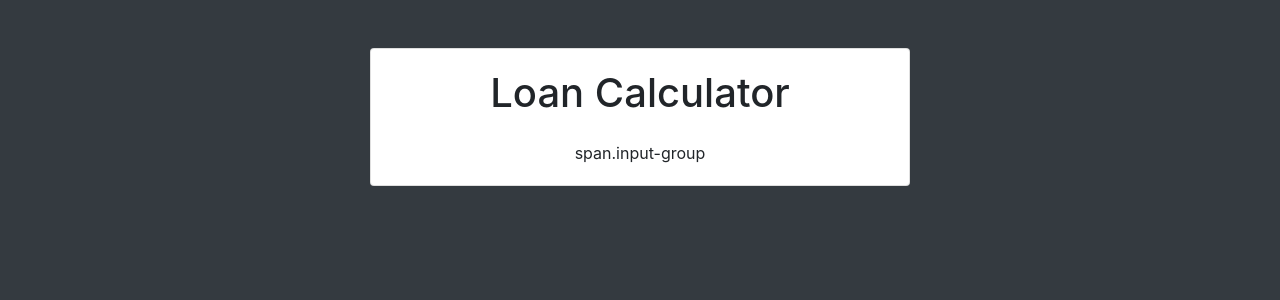
Repository: varun-project/LearningJs
Page: index.html
These files come from the project's save history. The page is drawn as it stood at one moment and after a run of saves; the edit follows.
The browser window is 1280 px wide. The pictures show the whole page.

Above is the page before, as saved 2019-07-28 16:32:32.

### index.html
<!doctype html>
<html lang="en">
  <head>
    <!-- Required meta tags -->
    <meta charset="utf-8">
    <meta name="viewport" content="width=device-width, initial-scale=1, shrink-to-fit=no">

    <!-- Bootstrap CSS -->
    <link rel="stylesheet" href="https://stackpath.bootstrapcdn.com/bootstrap/4.3.1/css/bootstrap.min.css" integrity="sha384-ggOyR0iXCbMQv3Xipma34MD+dH/1fQ784/j6cY/iJTQUOhcWr7x9JvoRxT2MZw1T" crossorigin="anonymous">

    <title>Hello, world!</title>
  </head>
  <body class="bg-dark">
    <div class="container">
        <div class="row">
          <div class="col-md-6 mx-auto">

             <div class="card card-body text-center mt-5">

              <h1 class="heading display-5 pb-3">Loan Calculator</h1>
               <form id="loan-form">
<div class="form_group">
  <div class="inputgroup">

    span.input-group
  </div>
</div>


               </form>

            </div>

           </div>


        </div>

    </div>


    <!-- Optional JavaScript -->
    <!-- jQuery first, then Popper.js, then Bootstrap JS -->
    <script src="https://code.jquery.com/jquery-3.3.1.slim.min.js" integrity="sha384-q8i/X+965DzO0rT7abK41JStQIAqVgRVzpbzo5smXKp4YfRvH+8abtTE1Pi6jizo" crossorigin="anonymous"></script>
    <script src="https://cdnjs.cloudflare.com/ajax/libs/popper.js/1.14.7/umd/popper.min.js" integrity="sha384-UO2eT0CpHqdSJQ6hJty5KVphtPhzWj9WO1clHTMGa3JDZwrnQq4sF86dIHNDz0W1" crossorigin="anonymous"></script>
    <script src="https://stackpath.bootstrapcdn.com/bootstrap/4.3.1/js/bootstrap.min.js" integrity="sha384-JjSmVgyd0p3pXB1rRibZUAYoIIy6OrQ6VrjIEaFf/nJGzIxFDsf4x0xIM+B07jRM" crossorigin="anonymous"></script>
  </body>
</html>

After the next 3 saves:
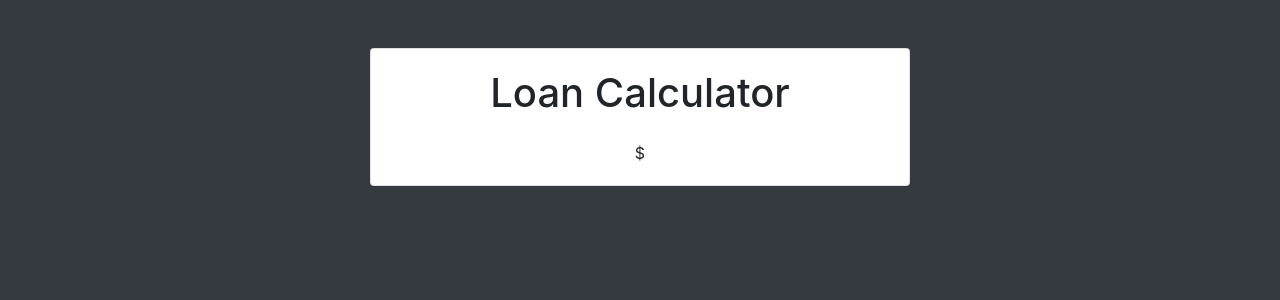
The 3 saves are shown as one change because they came seconds apart.
The last was saved 9 s later.
--- a/index.html
+++ b/index.html
@@ -22,7 +22,7 @@
 <div class="form_group">
   <div class="inputgroup">
 
-    span.input-group
+    <span class="input-group-addon">$</span>
   </div>
 </div>
 
